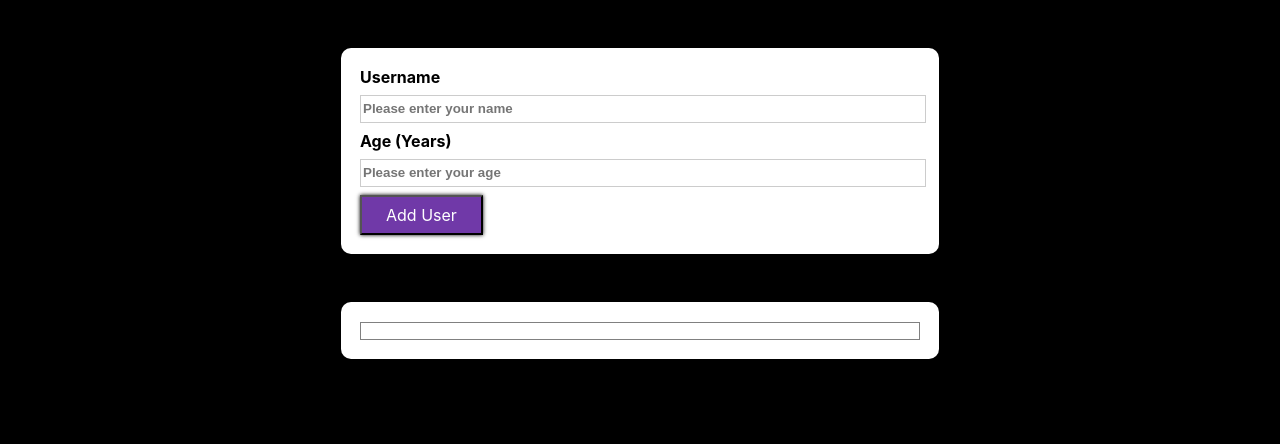
Repository: NamalPathirana/section-eight
Page: /
These files come from the project's save history. The page is drawn as it stood at one moment and after the next save; the edit follows.
The browser window is 1280 px wide. The pictures show the whole page.
The project was rebuilt for these pictures with package versions that can differ from the ones it lists, and the page was loaded fresh each time.

Above is the page before, as saved 2021-11-26 06:15:27.

### src/index.css
body {
  margin: 0;
  padding: 0%;
  height: 100%;
  width: 100%;
  display: flex;
  flex-direction: column;
  background-color: black;
  font-family: -apple-system, BlinkMacSystemFont, 'Segoe UI', 'Roboto', 'Oxygen',
    'Ubuntu', 'Cantarell', 'Fira Sans', 'Droid Sans', 'Helvetica Neue',
    sans-serif;
  -webkit-font-smoothing: antialiased;
  -moz-osx-font-smoothing: grayscale;
}

code {
  font-family: source-code-pro, Menlo, Monaco, Consolas, 'Courier New',
    monospace;
}

### src/App.js
import logo from './logo.svg';
import './App.css';
import UserInput from './Components/UserInput/UserInput';
import UserList from './Components/UserList/UserList';

function App() {
  return (
    <div className="App">
      <section>
      <UserInput></UserInput>
      </section>
      <section>
      <UserList></UserList>
      </section>

    </div>
  );
}

export default App;

### src/App.css
.App {


}

### src/Components/UserInput/UserInput.js
import Button from '../../UI/Button/Button';
import styles from './UserInput.module.css'

const UserInput = () => {
    return (
        <form>
        <div className={styles.frame}>
            <label>Username</label>
            <input placeholder='Please enter your name'/>
            <label>Age (Years)</label>
            <input placeholder='Please enter your age'/>
            <Button name='Add User'></Button>
        </div>
        </form>
    );
};

export default UserInput;

### src/Components/UserList/UserList.js
import styles from './UserList.module.css';
import UserListItem from '../UserListItem/UserListItem'


const UserList = () => {

    var userList =
    [
        {name:'Dave',age:'27'},
        {name:'looper',age:'29'}
    ];

    return(
        <div className={styles.frame}>
            <UserListItem items={userList}/>
        </div>
    );
}

export default UserList;

### src/UI/Button/Button.js
import styles from "./Button.module.css";

const Button = (props) => {
  return <button className={styles.button}>{props.name}</button>;
};

export default Button;

### src/Components/UserInput/UserInput.module.css
.frame{
    margin: 0.5rem 0.5rem;
    padding: 1.2rem 1.2rem;
    width: 35rem;
    max-width: 90%;
    margin: 3rem auto;
    background-color: white;
    border-radius: 10px;

}

.frame input{
    display: block;
    font-weight: bold;
    border: 1px solid #ccc;
    line-height: 1.5rem;
    padding: 100 0.25rm;
    width: 100%;
    margin-bottom: 0.5rem;
}

.frame input:hover{
    border: 1px solid rgb(49, 45, 45);
}

.frame label{
    display: block;
    align-content: flex-start;
    font-weight: bold;
    margin-bottom: 0.5rem;
}

### src/Components/UserList/UserList.module.css
.frame{
    margin: 0.5rem 0.5rem;
    padding: 1.2rem 1.2rem;
    width: 35rem;
    max-width: 90%;
    margin: 3rem auto;
    background-color: white;
    border-radius: 10px;
    display: flex;
    flex-direction: column;
}

### src/Components/UserListItem/UserListItem.js
import styles from './UserListItem.module.css';


const UserListItem = (props) => {

    const listUserItems = props.items.map(row=>{
        return   <h3>{row.name} ({row.age} Years Old)</h3>
    });

    return(
        <div className={styles.list_item}>
        </div>
    );
}

export default UserListItem;

### src/UI/Button/Button.module.css
.button{
    font: inherit;
    padding: 0.5rem 1.5rem;
    background-color: rgb(112, 57, 168);
    color:white;
    box-shadow: 0 0 4px black;
    cursor: pointer;
    width: auto;
}

.button:focus{
    outline: none;
}

.button:hover,.button:active{
    background-color: rgb(185, 140, 231);
    border-color: rgb(185, 140, 231);
    box-shadow: 0 0 8px black;
}

### src/Components/UserListItem/UserListItem.module.css
.list_item{
    border: 1px solid gray;
    display: block;
    padding: 0.5rem 0.3rem;

}

.list_item h3{
    margin: 0px;
}

Loaded but not shown: public/index.html (common file); src/index.js (common file); src/reportWebVitals.js (common file)

After the next save:
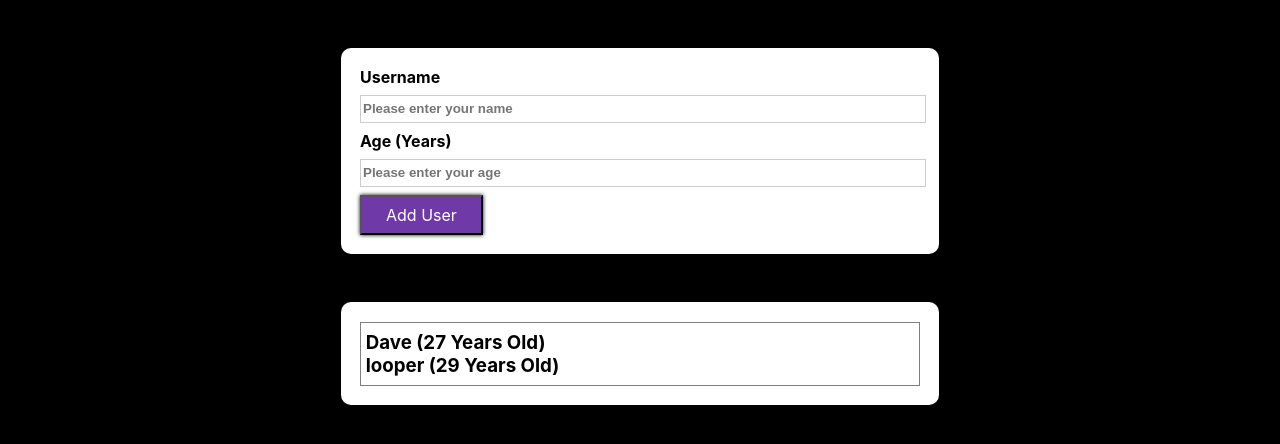
Saved 8 s later.
--- a/src/Components/UserListItem/UserListItem.js
+++ b/src/Components/UserListItem/UserListItem.js
@@ -9,6 +9,7 @@ const UserListItem = (props) => {
 
     return(
         <div className={styles.list_item}>
+            {listUserItems}
         </div>
     );
 }
